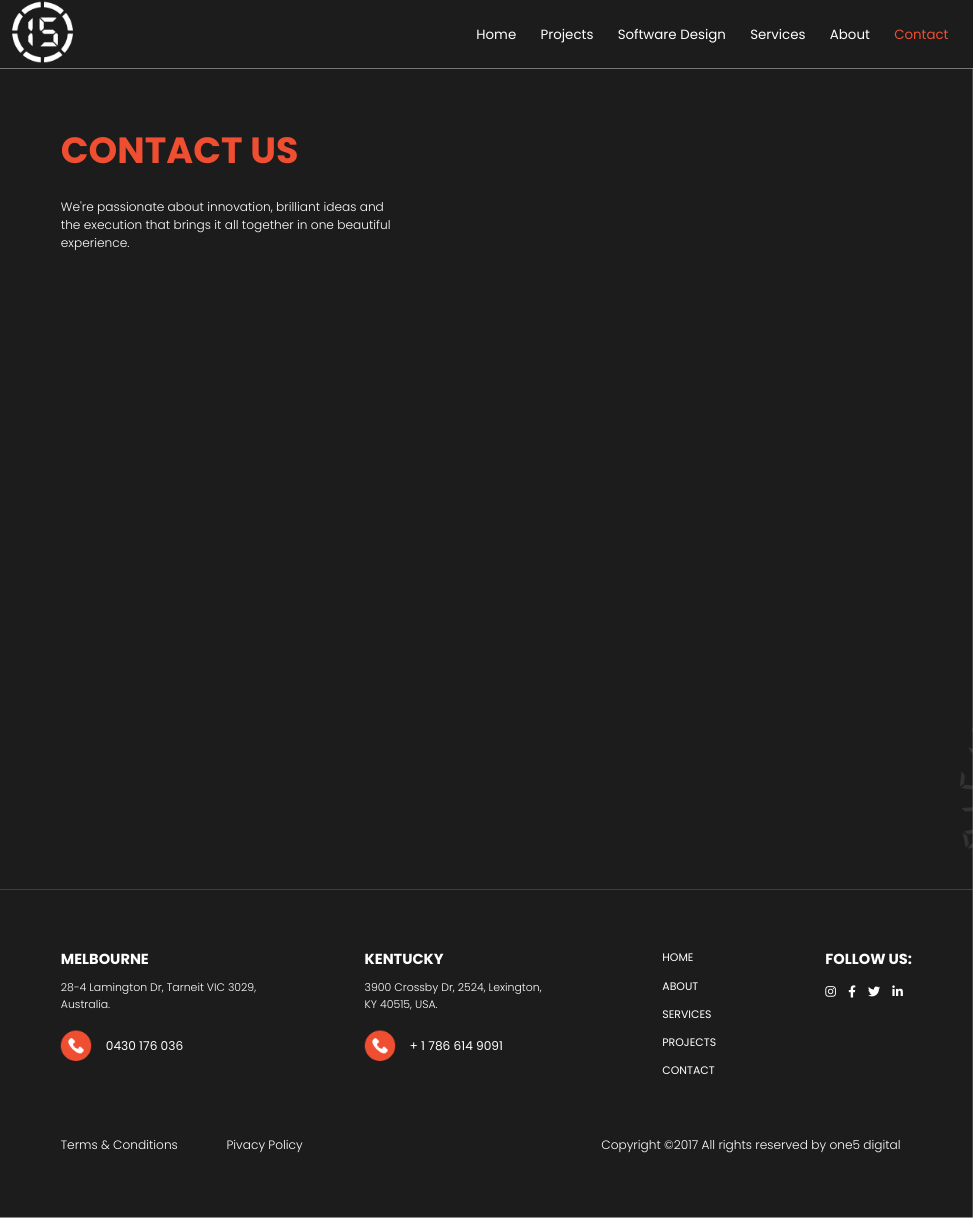
Repository: gopalpurohit54/one5
Page: /Contact
These files come from the project's save history. The page is drawn as it stood at one moment and after the next save; the edit follows.
The browser window is 1280 px wide. The pictures show the whole page, at 76% of full size.
The project was rebuilt for these pictures with package versions that can differ from the ones it lists, and the page was loaded fresh each time. Also part of the build but not shown: src/components/Button.js, src/components/HeroSection.css, src/components/HeroSection.js, src/components/OurProjects.css, src/components/OurProjects.js, src/components/OurServices.js, src/components/AboutUs.css, src/components/AboutUs.js and 30 more.

Above is the page before, as saved 2021-06-22 13:45:25.

### src/index.css
@import url('https://fonts.googleapis.com/css2?family=Poppins:ital,wght@0,100;0,200;0,300;0,400;0,500;0,600;0,700;0,800;0,900;1,100;1,200;1,300;1,400;1,500;1,600;1,700;1,800;1,900&display=swap');

* {
  margin: 0;
  padding: 0;
  outline: none;
  font-family: 'Poppins', sans-serif;
  -webkit-font-smoothing: antialiased;
  -moz-osx-font-smoothing: grayscale;
}

code {
  font-family: source-code-pro, Menlo, Monaco, Consolas, 'Courier New',
    monospace;
}

.nav-item-active {
  color: #F04E31;
}

### src/components/App.js
import React from 'react';
import Header from '../components/Header';
import { BrowserRouter as Router, Switch, Route } from 'react-router-dom';
import './App.css';
import Home from '../components/Pages/Home';
import Footer from '../components/Footer';
import About from './Pages/About';
import Projects from './Pages/Projects';
import SoftwareDesign from './Pages/SoftwareDesign';
import Services from './Pages/Services';
import Contact from './Pages/Contact';

function App() {
  return (
    <Router>
      <Header />
      <Switch>
        <Route path='/' exact component= {Home} />
        <Route path='/About' exact component= {About} />
        <Route path='/Projects' exact component= {Projects} />
        <Route path='/SoftwareDesign' exact component= {SoftwareDesign} />
        <Route path='/Services' exact component= {Services} />
        <Route path='/Contact' exact component= {Contact} />
      </Switch>
      <Footer />
    </Router>
  );
}



export default App

### src/components/Header.js
import React, { useState, useEffect } from 'react';
import './Header.css';
import { NavLink } from 'react-router-dom';

function Header() {
    const [navbar, setHeader] = useState(false);

    const changeBackground = () => {
        console.log(window.scrollY)
    }

    window.addEventListener('scroll', changeBackground);

    return (
        <div className="header active">
            <div className="logo">
                <img src="./logo-white.png" />
            </div>
            <ul className="nav-items">
                <li className="nav-items"><NavLink exact to="/" className="nav-items" activeClassName="nav-item-active">Home</NavLink></li>
                <li className="nav-items"><NavLink exact to="/Projects" className="nav-items" activeClassName="nav-item-active">Projects</NavLink></li>
                <li className="nav-items"><NavLink exact to="/SoftwareDesign" className="nav-items" activeClassName="nav-item-active">Software Design</NavLink></li>
                <li className="nav-items"><NavLink exact to="/Services" className="nav-items" activeClassName="nav-item-active">Services</NavLink></li>
                <li className="nav-items"><NavLink exact to="/About" className="nav-items" activeClassName="nav-item-active">About</NavLink></li>
                <li className="nav-items"><NavLink exact to="/Contact" className="nav-items" activeClassName="nav-item-active">Contact</NavLink></li>
            </ul>
        </div>
    )
}

export default Header

### src/components/App.css

* {
    box-sizing: border-box;
    margin: 0;
    padding: 0;
    font-family: 'Poppins', sans-serif;
    /* background: #1c1c1c; */
  }

### src/components/Footer.js
import React from 'react';
import './Footer.css';
import { Link } from 'react-router-dom';

function Footer() {
    return (
        <div className="footer">
            <div className="footer-wrapper">
                <ul className="add-1">
                    <h6>MELBOURNE</h6>
                    <p>28-4 Lamington Dr, Tarneit VIC 3029, <br/> Australia.</p>
                    <div className="call"><img className="call-icon" src="./phone-icon.png" /> 0430 176 036 </div>
                </ul>
                <ul className="add-2">
                    <h6>KENTUCKY</h6>
                    <p>3900 Crossby Dr, 2524, Lexington, <br/> KY 40515, USA.</p>
                    <div className="call"><img className="call-icon" src="./phone-icon.png" /> + 1 786 614 9091 </div>
                </ul>
                <ul className="site-links">
                    <li><Link to="/" className="site-links">HOME</Link></li>
                    <li><Link to="/About" className="site-links">ABOUT</Link></li>
                    <li><Link to="/Services" className="site-links">SERVICES</Link></li>
                    <li><Link to="/Projects" className="site-links">PROJECTS</Link></li>
                    <li><Link to="/Contact" className="site-links">CONTACT</Link></li>
                </ul>
                <ul className="follow-us">
                    <h6>FOLLOW US:</h6>
                    <a className="social" href="#"><i class="fab fa-instagram"></i></a>
                    <a className="social" href="#"><i class="fab fa-facebook-f"></i></a>
                    <a className="social" href="#"><i class="fab fa-twitter"></i></a>
                    <a className="social" href="#"><i class="fab fa-linkedin-in"></i></a>
                </ul>
            </div>
            <div className="copyright">
                <div className="copy-left">
                    <p className="left-p1">Terms & Conditions</p>
                    <p className="left-p2">Pivacy Policy</p>
                </div>
                <div className="copy-right">
                    <p className="right-p">Copyright ©2017 All rights reserved by one5 digital</p>
                </div>
            </div>
        </div>
    )
}

export default Footer

### src/components/Pages/Contact.js
import React from 'react';
import '../App';
import ContactPage from '../ContactPage';

function Contact() {
    return (
            <React.Fragment>
                <ContactPage />
            </React.Fragment>
    )
}

export default Contact;

### src/components/Header.css
.header {
    background: transparent;
    color: white;
    display: flex;
    flex-direction: row;
    align-content: center;
    justify-content: space-between;
    align-items: center;
    padding: 1rem;
    position: sticky;
    top: 0;
    height: 90px;
}
.header.active {
    background: #1c1c1c;
}

.nav-items {
    display: flex;
    list-style: none;
    font-size:1.1rem;
    text-decoration: none;
    color: #fff;
}

li.nav-items{
    margin-bottom: 0;
}

li {
    padding-left: 1rem;
    padding-right: 1rem;
}

a.nav-items:hover {
    color: #F04E31;
    cursor: pointer;
}

.nav-item-active {
    color: #F04E31;
}

### src/components/Footer.css
.footer {
    padding: 5rem 5rem 1rem 5rem;
    background-color: #1c1c1c;
    height: 60vh;
    width: 100%;
    color: white;
}

.footer h6 {
    font-size: 1.2rem;
    line-height: 1.2;
    margin-bottom: 1rem;
}

.footer p {
    margin-bottom: 1.5rem;
    font-size: 1rem;
    line-height: 1.5;
    font-style: normal;
    font-weight: 300;
    padding-right: 15px;
}

.footer-wrapper {
    display: flex;
    flex: 1;
    flex-direction: row;
    align-content: center;
    justify-content: space-between;
    align-items: flex-start;
}

.add-1 p {
    font-size: 0.9rem;
}

.add-2 p {
    font-size: 0.9rem;
}

.call {
    display: flex;
    flex-direction: row;
    justify-content: flex-start;
    align-content: center;
    align-items: center;
}

.call:hover {
    color: #F04E31;
}

.follow-us p {
    font-size: 0.9rem;
}

i.fab.fa-instagram {
    padding: 0.5rem 0.5rem 0.5rem 0;
}

i.fab.fa-instagram:hover {
    color: #F04E31;
}

i.fab.fa-facebook-f {
    padding: 0.5rem;
}

i.fab.fa-facebook-f:hover {
    color: #F04E31;
}


i.fab.fa-twitter {
    padding: 0.5rem;
}

i.fab.fa-twitter:hover {
    color: #F04E31;
}


i.fab.fa-linkedin-in {
    padding: 0.5rem;
}

i.fab.fa-linkedin-in:hover {
    color: #F04E31;
}

img.call-icon {
    padding-right: 1.2rem;
}

.copyright {
    display: flex;
}

.copy-left {
    width: 50%;
    display: flex;
}

.copy-right {
    width: 50%;
}

p.left-p1 {
    margin-bottom: 0;
    padding-right: 4rem;
    line-height: 1;
    padding-top: 4rem;
}

p.left-p1:hover {
    color: #F04E31;
}

p.left-p2 {
    margin-bottom: 0;
    padding-right: 4rem;
    line-height: 1;
    padding-top: 4rem;
}

p.left-p2:hover {
    color: #F04E31;
}

p.right-p {
    margin-bottom: 0;
    line-height: 1;
    padding-top: 4rem;
    display: flex;
    justify-content: flex-end;
    align-content: center;
    align-items: center;
}

p.right-p:hover {
    color: #F04E31;
}

li {
    list-style: none;
    font-size: 0.9rem;
    margin-bottom: 1rem;
}

a.social{
    color: #fff;
}

.site-links {
    text-decoration: none;
    color: #fff;
}

.site-links:hover {
    color: #F04E31;
}

### src/components/ContactPage.js
import React from 'react';
import './ContactPage.css';

function ContactPage() {
    return (
        <div className="contactpage">
            <div className="con-left">
                <h1>CONTACT US</h1>
                <p>We're passionate about innovation, brilliant ideas and <br/>
                the execution that brings it all together in one beautiful <br/>
                experience.</p>
            </div>
            <div className="con-right">

            </div>
        </div>
    )
}

export default ContactPage

### src/components/OurServices.css
.our-services {
    padding: 5rem 5rem;
    height: 100vh;
    background-image: url('./assets/bg-white-mainpage.png');
}

.our-services h1 {
    margin-bottom: 2rem;
    font-size: 3rem;
    line-height: 1.2;
}

.our-services h6 {
    font-size: 1.2rem;
    line-height: 1.2;
    margin-bottom: 1rem;
}

p {
    margin-bottom: 1.5rem;
    font-size: 1rem;
    line-height: 1.5;
    font-style: normal;
    font-weight: 300;
    padding-right: 15px;
}

.service-wrapper {
    display: flex;
    flex: 1;
    margin-top: 3.5rem;
}

.service-1 p {
    font-size: 0.9rem;
}

.service-2 p {
    font-size: 0.9rem;
}

.service-3 p {
    font-size: 0.9rem;
}

.service-4 p {
    font-size: 0.9rem;
}

### src/components/Expertize.css
.expertize {
    padding: 5rem 5rem 5rem 0;
    height: 80vh;
    background-image: url('./assets/about-white.png');
    background-repeat: no-repeat;
    width: 100%;
    background-size: cover;
}

.expertize h1 {
    margin-bottom: 2rem;
    font-size: 3rem;
    line-height: 1.2;
    color: #000;
}

.expertize h6 {
    font-size: 1.2rem;
    line-height: 1.2;
    margin-bottom: 1rem;
    color: #000;
}

.expertize p {
    margin-bottom: 0.5rem;
    font-size: 1rem;
    line-height: 1.5;
    font-style: normal;
    font-weight: 300;
    padding-right: 15px;
    color: #000;
}

.exp-left{
    float: left;
    width: 50%;
}

.exp-right{
    float: right;
    width: 40%;
    align-content: flex-end;
}

.exp-img {
    height: 350px;
    margin-top: 2rem;
}

li.exp-items {
    color: #000;
    list-style: disc;
    font-size: 1rem;
}

::marker  {
    color: #F04E31;
}

### src/components/Solutions.css
.solutions {
    padding: 5rem 5rem;
    height: 100vh;
    background:#fff;
}

.solutions h1 {
    margin-bottom: 2rem;
    font-size: 3rem;
    line-height: 1.2;
}

.solutions h6 {
    font-size: 1.2rem;
    line-height: 1.2;
    margin-bottom: 1rem;
}

.solutions p {
    margin-bottom: 1.5rem;
    font-size: 1rem;
    line-height: 1.5;
    font-style: normal;
    font-weight: 300;
    padding-right: 15px;
}

.solution-wrapper {
    display: flex;
    flex: 1;
    margin-top: 3.5rem;
}

.solution-1 p {
    font-size: 0.9rem;
}

.solution-2 p {
    font-size: 0.9rem;
}

.solution-3 p {
    font-size: 0.9rem;
}

.solution-4 p {
    font-size: 0.9rem;
}

li.sol-items {
    color: #000;
    list-style: disc;
    font-size: 1rem;
}

::marker  {
    color: #F04E31;
}

ul.solution-1 {
    margin-right: 3rem;
    margin-left: 1rem;
}

ul.solution-2 {
    margin-right: 3rem;
}

ul.solution-3 {
    margin-right: 3rem;
}

### src/components/Benefits.css
.benefits {
    padding: 5rem 5rem;
    height: 100vh;
    background-image: url('./assets/ecombg.png');
    background-size: cover;
}

.benefits h1 {
    margin-bottom: 2rem;
    font-size: 3rem;
    line-height: 1.2;
    color: #fff;
}

.benefits h6 {
    font-size: 1.2rem;
    line-height: 1.2;
    margin-bottom: 1rem;
    margin-top: 1rem;
    color: #fff;
}

p {
    margin-bottom: 1.5rem;
    font-size: 1rem;
    line-height: 1.5;
    font-style: normal;
    font-weight: 300;
    padding-right: 15px;
    color: #fff;
}

.benefit-wrapper {
    display: flex;
    flex: 1;
    margin-top: 3.5rem;
}

.benefit-1 p {
    font-size: 0.9rem;
}

.benefit-2 p {
    font-size: 0.9rem;
}

.benefit-3 p {
    font-size: 0.9rem;
}

.benefit-4 p {
    font-size: 0.9rem;
}

.benefit-1, .benefit-2, .benefit-3, .benefit-4 {
    background-image: url(./assets/Ellipse-bg.png);
    background-size: cover;
    height: 260px;
    width: 260px;
    margin: 1rem;
    display: flex;
    flex-direction: column;
    align-content: center;
    justify-content: center;
    align-items: center;
    text-align: center;
}

.bene-desc {
    display: none;
}

h6.bene-hover {
    color: #F04E31;
    text-align: center;
}

p.hover-desc {
    font-size: 0.7rem;
    text-align: center;
}

.benefit-1:hover .bene-desc{
    display: block;
}

.benefit-1:hover .bene-visible{
    display: none;
}

.benefit-2:hover .bene-desc{
    display: block;
}

.benefit-2:hover .bene-visible{
    display: none;
}

.benefit-3:hover .bene-desc{
    display: block;
}

.benefit-3:hover .bene-visible{
    display: none;
}

.benefit-4:hover .bene-desc{
    display: block;
}

.benefit-4:hover .bene-visible{
    display: none;
}

### src/components/ContactPage.css
.contactpage {
    padding: 5rem;
    height: 150vh;
    background-image: url('./assets/contact-bg.png');
    background-repeat: no-repeat;
    width: 100%;
    background-size: cover;
}

.contactpage h1 {
    margin-bottom: 2rem;
    font-size: 3rem;
    line-height: 1.2;
    color: #F04E31;
}

.contactpage h6 {
    font-size: 1.2rem;
    line-height: 1.2;
    margin-bottom: 1rem;
    color: #fff;
}

.contactpage p {
    margin-bottom: 0.5rem;
    font-size: 1rem;
    line-height: 1.5;
    font-style: normal;
    font-weight: 300;
    padding-right: 15px;
    color: #fff;
}

.con-left{
    float: left;
    width: 50%;
}

.con-right{
    float: right;
    width: 40%;
}

### src/components/Button.css
:root {
    --primary: #F04E31;
}

.btn {
    padding: 8px 20px;
    border-radius: 30px;
    outline: none;
    border: none;
    cursor: pointer;
}

.btn--primary {
    background-color: var(--primary);
    color: #fff;
    border: 1px solid var(--primary);
}

.btn--outline {
    background-color: transparent;
    color: #F04E31;
    padding: 8px 20px;
    border: 1px solid var(--primary);
    transition: all 0.3s ease-out;
}


.btn--white {
    background-color: transparent;
    color: #fff;
    padding: 8px 20px;
    border: 1px solid #fff;
    transition: all 0.3s ease-out;
}

.btn--white:hover {
    background-color: #fff;
    color: #F04E31;
    transition: all 0.3s ease-out;
}

.btn--medium {
    padding: 8px 20px;
    font-size: 16px;
}

.btn--large {
    padding: 12px 26px;
    font-size: 16px;
}

.btn--medium:hover, .btn--large:hover {
    background: transparent;
    color: #F04E31;
    transition: all 0.3s ease-out;
}


.btn--outline:hover {
    background-color: #F04E31;
    color: #fff;
}

Loaded but not shown: public/index.html (common file); src/index.js (common file); src/reportWebVitals.js (common file)

After the next save:
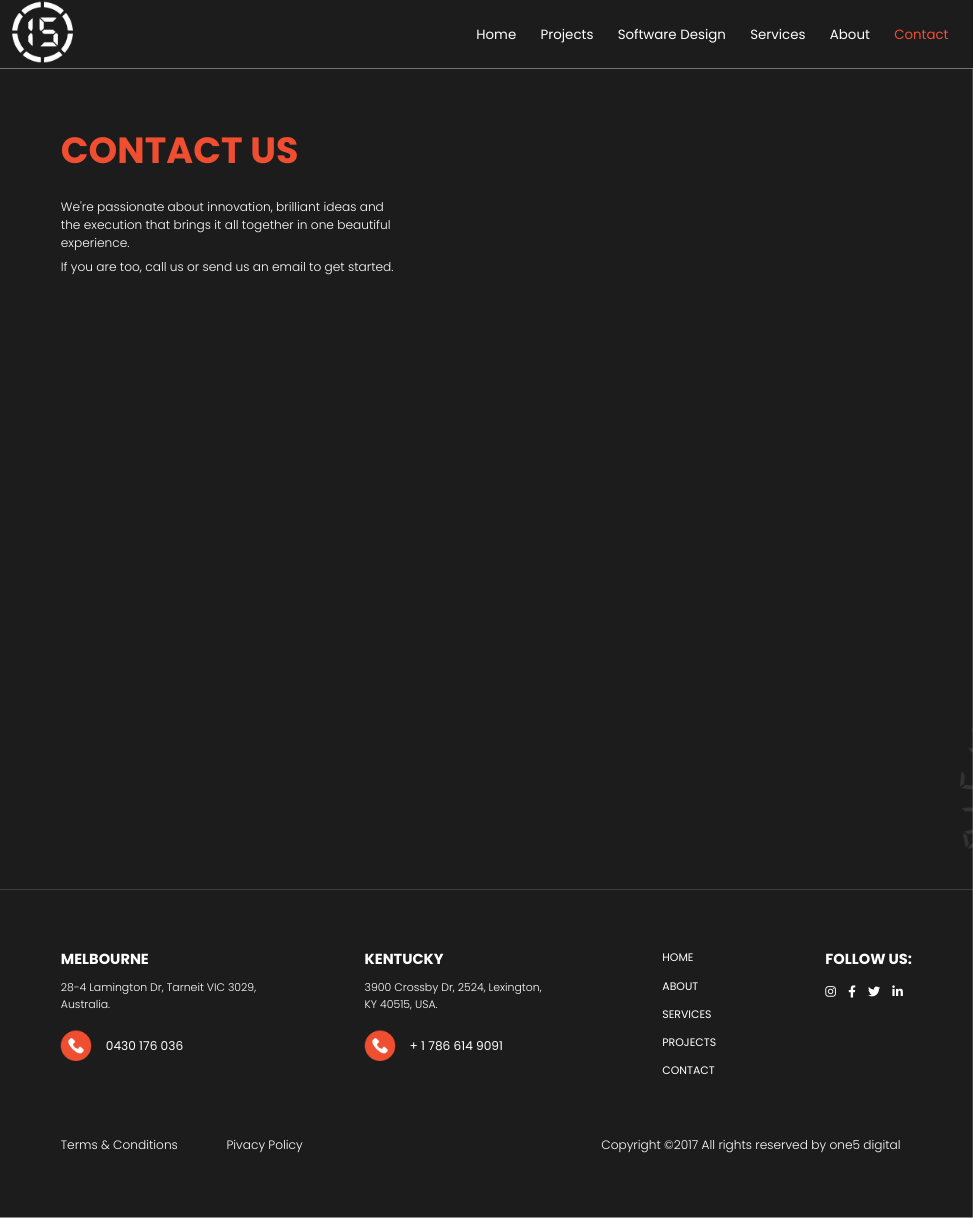
Saved 19 min 32 s later.
--- a/src/components/ContactPage.js
+++ b/src/components/ContactPage.js
@@ -9,6 +9,7 @@ function ContactPage() {
                 <p>We're passionate about innovation, brilliant ideas and <br/>
                 the execution that brings it all together in one beautiful <br/>
                 experience.</p>
+                <p>If you are too, call us or send us an email to get started.</p>
             </div>
             <div className="con-right">
 
